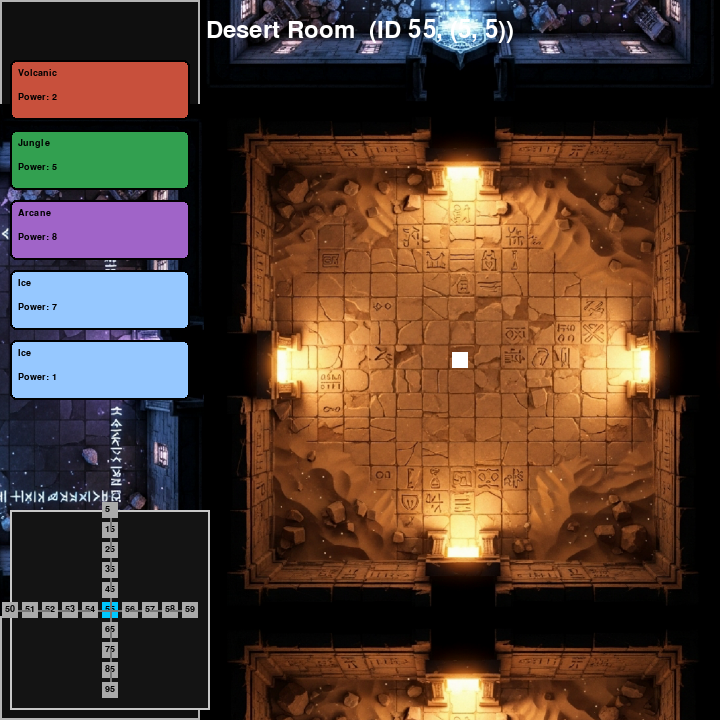
Repository: MehediMim/GateBound
Script's output: python main.py
The author's editor kept a copy of each file at every save. The script's output is drawn from the files as they stood at one save, then again after the next save.
The window is shown after at most 60 frames with no key pressed. Random numbers start from a fixed seed. It also reads assets/bg_arcane.png, assets/bg_desert.png, assets/bg_ice.png, assets/bg_jungle.png, assets/bg_volcanic.png.

Above is the script's output before, as saved 2026-01-26 18:48:01.

### main.py
import pygame
import sys
import random

# =========================
# CONFIG
# =========================
SCREEN = 720
ROOM_ORIGINAL = 1024
ROOM_SCALE = 0.5
ROOM_DRAW = int(ROOM_ORIGINAL * ROOM_SCALE)  # 512
FPS = 60
PLAYER_SPEED = 5
DEBUG = False

GRID_W = 10
GRID_H = 10

# =========================
# CARD CONFIG
# =========================
CARD_TYPES = ["Jungle", "Desert", "Ice", "Volcanic", "Arcane"]
CARD_MIN_POWER = 1
CARD_MAX_POWER = 9
MAX_CARDS = 5



# =========================
# INIT
# =========================
pygame.init()
screen = pygame.display.set_mode((SCREEN, SCREEN))
pygame.display.set_caption("Tower Puzzle — Rooms (10x10)")
clock = pygame.time.Clock()
font = pygame.font.SysFont(None, 36)
map_font = pygame.font.SysFont(None, 14)

# =========================
# ROOM TYPES + BG
# =========================
ROOM_TYPES = ["Jungle", "Desert", "Ice", "Volcanic", "Arcane"]

BG_RAW = {
    "Jungle": pygame.image.load("assets/bg_jungle.png").convert(),
    "Desert": pygame.image.load("assets/bg_desert.png").convert(),
    "Ice": pygame.image.load("assets/bg_ice.png").convert(),
    "Volcanic": pygame.image.load("assets/bg_volcanic.png").convert(),
    "Arcane": pygame.image.load("assets/bg_arcane.png").convert(),
}

BG = {k: pygame.transform.smoothscale(v, (ROOM_DRAW, ROOM_DRAW)) for k, v in BG_RAW.items()}

# =========================
# LAYOUT
# =========================
SIDEBAR_W = 200
GAME_W = SCREEN - SIDEBAR_W
GAME_H = SCREEN

# =========================
# CENTER ROOM RECT (SCREEN SPACE)
# =========================
GAME_BOX_RECT = pygame.Rect(
    SIDEBAR_W + (GAME_W - ROOM_DRAW) // 2,
    (SCREEN - ROOM_DRAW) // 2,
    ROOM_DRAW,
    ROOM_DRAW
)

ROOM_RECT = GAME_BOX_RECT.copy()



# Door hitboxes around the center room (screen space)
DOORS = {
    "top":    pygame.Rect(ROOM_RECT.centerx - 56, ROOM_RECT.top - 112, 112, 112),
    "bottom": pygame.Rect(ROOM_RECT.centerx - 56, ROOM_RECT.bottom,     112, 112),
    "left":   pygame.Rect(ROOM_RECT.left - 112,   ROOM_RECT.centery - 56, 112, 112),
    "right":  pygame.Rect(ROOM_RECT.right,        ROOM_RECT.centery - 56, 112, 112),
}

# Allow player to reach doors
WALK_RECT = ROOM_RECT.copy()
for r in DOORS.values():
    WALK_RECT.union_ip(r)


SPAWN = ROOM_RECT.center

# =========================
# FIXED 10x10 WORLD (PERSISTENT)
# =========================
rooms = {}

def room_id(x, y):
    return y * GRID_W + x

def id_to_xy(rid):
    return (rid % GRID_W, rid // GRID_W)

def create_world():
    for y in range(GRID_H):
        for x in range(GRID_W):
            rid = room_id(x, y)

            links = {}
            if y > 0:              links["top"] = room_id(x, y - 1)
            if y < GRID_H - 1:     links["bottom"] = room_id(x, y + 1)
            if x > 0:              links["left"] = room_id(x - 1, y)
            if x < GRID_W - 1:     links["right"] = room_id(x + 1, y)

            rooms[rid] = {
                "id": rid,
                "pos": (x, y),
                "type": random.choice(ROOM_TYPES),  # random ONCE
                "links": links
            }

create_world()
current = room_id(GRID_W // 2, GRID_H // 2)

# =========================
# PLAYER
# =========================
player = pygame.Rect(0, 0, 16, 16)
player.center = SPAWN




# =========================
# CARDS
# =========================
cards = []

def create_random_card():
    return {
        "type": random.choice(CARD_TYPES),
        "power": random.randint(CARD_MIN_POWER, CARD_MAX_POWER)
    }

def init_cards():
    cards.clear()
    for _ in range(MAX_CARDS):
        cards.append(create_random_card())



def print_cards():
    print("---- CARDS ----")
    for i, c in enumerate(cards):
        print(f"{i}: {c['type']} ({c['power']})")
    print("---------------")

init_cards()
print_cards()
print("CARDS AT START:", cards)




# =========================
# MOVEMENT + ROOM CHANGE
# =========================
def move(dx, dy):
    player.x += dx
    player.y += dy
    player.clamp_ip(WALK_RECT)

def print_room_list():
    print("====== ROOM LIST (10x10) ======")
    for rid in range(GRID_W * GRID_H):
        print(f"Room {rid:02d} @ {rooms[rid]['pos']}: {rooms[rid]['type']}")
    print("===============================")

def change_room(direction):
    global current
    if direction in rooms[current]["links"]:
        current = rooms[current]["links"][direction]
        player.center = SPAWN

        r = rooms[current]
        print("---- ROOM CHANGE ----")
        print("Current:", current, "Grid:", r["pos"], "Type:", r["type"])
        for k in ("top", "left", "right", "bottom"):
            print(f"  {k} ->", r["links"].get(k))
        print("---------------------")

def handle_doors():
    for direction, rect in DOORS.items():
        if player.colliderect(rect):
            change_room(direction)
            break

# =========================
# DEBUG DRAW
# =========================
def draw_debug():
    pygame.draw.rect(screen, (0, 255, 0), ROOM_RECT, 2)
    pygame.draw.rect(screen, (255, 255, 0), WALK_RECT, 2)
    for name, r in DOORS.items():
        pygame.draw.rect(screen, (255, 0, 0), r, 2)
        t = map_font.render(name, True, (255, 0, 0))
        screen.blit(t, (r.x + 5, r.y + 5))
    pygame.draw.rect(screen, (0, 150, 255), player, 2)

def draw_debug_info():
    y = 60
    line_h = 20
    room = rooms[current]

    def line(text):
        nonlocal y
        screen.blit(font.render(text, True, (255, 255, 0)), (10, y))
        y += line_h

    line(f"Room ID: {current}  Grid: {room['pos']}  Type: {room['type']}")
    line(f"Top: {room['links'].get('top')}")
    line(f"Left: {room['links'].get('left')}")
    line(f"Right: {room['links'].get('right')}")
    line(f"Bottom: {room['links'].get('bottom')}")

# =========================
# MINIMAP (CROSS: MAX 5 EACH SIDE)
# =========================
def draw_minimap():
    panel_size = 200
    panel_x = 10
    panel_y = SCREEN - panel_size - 10


    node = 16
    gap = 4
    step = node + gap

    center_x = panel_x + panel_size // 2 - node // 2
    center_y = panel_y + panel_size // 2 - node // 2

    pygame.draw.rect(screen, (20, 20, 20), (panel_x, panel_y, panel_size, panel_size))
    pygame.draw.rect(screen, (200, 200, 200), (panel_x, panel_y, panel_size, panel_size), 2)

    # center
    pygame.draw.rect(screen, (0, 200, 255), (center_x, center_y, node, node))
    screen.blit(map_font.render(str(current), True, (0, 0, 0)), (center_x + 3, center_y + 2))

    for d, (dx, dy) in {
        "top": (0, -1),
        "bottom": (0, 1),
        "left": (-1, 0),
        "right": (1, 0),
    }.items():
        rid = current
        cx, cy = center_x, center_y

        for _ in range(5):
            nxt = rooms[rid]["links"].get(d)
            if nxt is None:
                break

            cx += dx * step
            cy += dy * step

            pygame.draw.line(
                screen, (120, 120, 120),
                (cx + node // 2 - dx * step, cy + node // 2 - dy * step),
                (cx + node // 2, cy + node // 2),
                2
            )

            pygame.draw.rect(screen, (170, 170, 170), (cx, cy, node, node))
            screen.blit(map_font.render(str(nxt), True, (0, 0, 0)), (cx + 3, cy + 2))

            rid = nxt
def draw_cards():
    x = 10
    y = 60
    w = SIDEBAR_W - 20
    h = 60
    gap = 10

    for i, c in enumerate(cards):
        color = {
            "Jungle": (50, 160, 80),
            "Desert": (200, 180, 80),
            "Ice": (150, 200, 255),
            "Volcanic": (200, 80, 60),
            "Arcane": (160, 100, 200)
        }[c["type"]]

        rect = pygame.Rect(x, y + i * (h + gap), w, h)

        pygame.draw.rect(screen, color, rect, border_radius=6)
        pygame.draw.rect(screen, (0, 0, 0), rect, 2, border_radius=6)

        t1 = map_font.render(c["type"], True, (0, 0, 0))
        t2 = map_font.render(f"Power: {c['power']}", True, (0, 0, 0))

        screen.blit(t1, (rect.x + 8, rect.y + 8))
        screen.blit(t2, (rect.x + 8, rect.y + 32))


# =========================
# LOOP
# =========================
while True:
    clock.tick(FPS)

    for e in pygame.event.get():
        if e.type == pygame.QUIT:
            pygame.quit()
            sys.exit()
        if e.type == pygame.KEYDOWN:
            if e.key == pygame.K_p:   # print whole list on demand
                print_room_list()

    k = pygame.key.get_pressed()
    dx = dy = 0
    if k[pygame.K_a] or k[pygame.K_LEFT]:
        dx -= PLAYER_SPEED
    if k[pygame.K_d] or k[pygame.K_RIGHT]:
        dx += PLAYER_SPEED
    if k[pygame.K_w] or k[pygame.K_UP]:
        dy -= PLAYER_SPEED
    if k[pygame.K_s] or k[pygame.K_DOWN]:
        dy += PLAYER_SPEED

    move(dx, dy)
    handle_doors()

    screen.fill((0, 0, 0))   # ✅ ONLY ONCE, FIRST


    # Sidebar background
    pygame.draw.rect(screen, (15, 15, 15), (0, 0, SIDEBAR_W, SCREEN))
    pygame.draw.rect(screen, (180, 180, 180), (0, 0, SIDEBAR_W, SCREEN), 2)

    # Game box background
    pygame.draw.rect(screen, (30, 30, 30), GAME_BOX_RECT)
    pygame.draw.rect(screen, (180, 180, 180), GAME_BOX_RECT, 2)




    # =====================
    # DRAW (HALF PREVIEWS)
    # =====================


    room = rooms[current]
    cx, cy = ROOM_RECT.topleft
    w = h = ROOM_DRAW
    half = w // 2


    # Center room (full)
    screen.blit(BG[room["type"]], (cx, cy))

    # Top room (show bottom half)
    top_id = room["links"].get("top")
    if top_id is not None:
        top_room = rooms[top_id]
        top_img = BG[top_room["type"]].subsurface(pygame.Rect(0, half, w, half))
        screen.blit(top_img, (cx, cy - half))

    # Bottom room (show top half)
    bottom_id = room["links"].get("bottom")
    if bottom_id is not None:
        bottom_room = rooms[bottom_id]
        bottom_img = BG[bottom_room["type"]].subsurface(pygame.Rect(0, 0, w, half))
        screen.blit(bottom_img, (cx, cy + w))

    # Left room (show right half)
    left_id = room["links"].get("left")
    if left_id is not None:
        left_room = rooms[left_id]
        left_img = BG[left_room["type"]].subsurface(pygame.Rect(half, 0, half, h))
        screen.blit(left_img, (cx - half, cy))

    # Right room (show left half)
    right_id = room["links"].get("right")
    if right_id is not None:
        right_room = rooms[right_id]
        right_img = BG[right_room["type"]].subsurface(pygame.Rect(0, 0, half, h))
        screen.blit(right_img, (cx + w, cy))

    # Player
    pygame.draw.rect(screen, (255, 255, 255), player)

    # ---------- UI ----------
    draw_cards()
    draw_minimap()


    # Label
    label = font.render(f"{room['type']} Room  (ID {current}, {room['pos']})", True, (255, 255, 255))
    screen.blit(label, (SCREEN // 2 - label.get_width() // 2, 18))

    if DEBUG:
        draw_debug()
        draw_debug_info()



    pygame.display.flip()

After the next save:
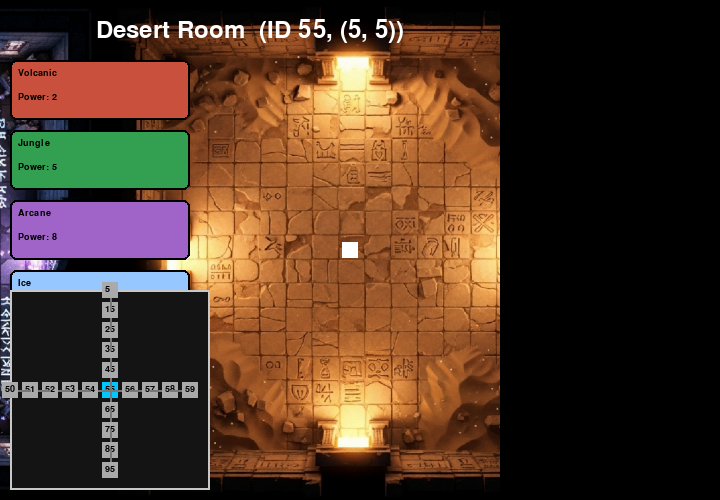
Saved 26 s later.
--- a/main.py
+++ b/main.py
@@ -5,7 +5,7 @@ import random
 # =========================
 # CONFIG
 # =========================
-SCREEN = 720
+SCREEN = 500
 ROOM_ORIGINAL = 1024
 ROOM_SCALE = 0.5
 ROOM_DRAW = int(ROOM_ORIGINAL * ROOM_SCALE)  # 512
